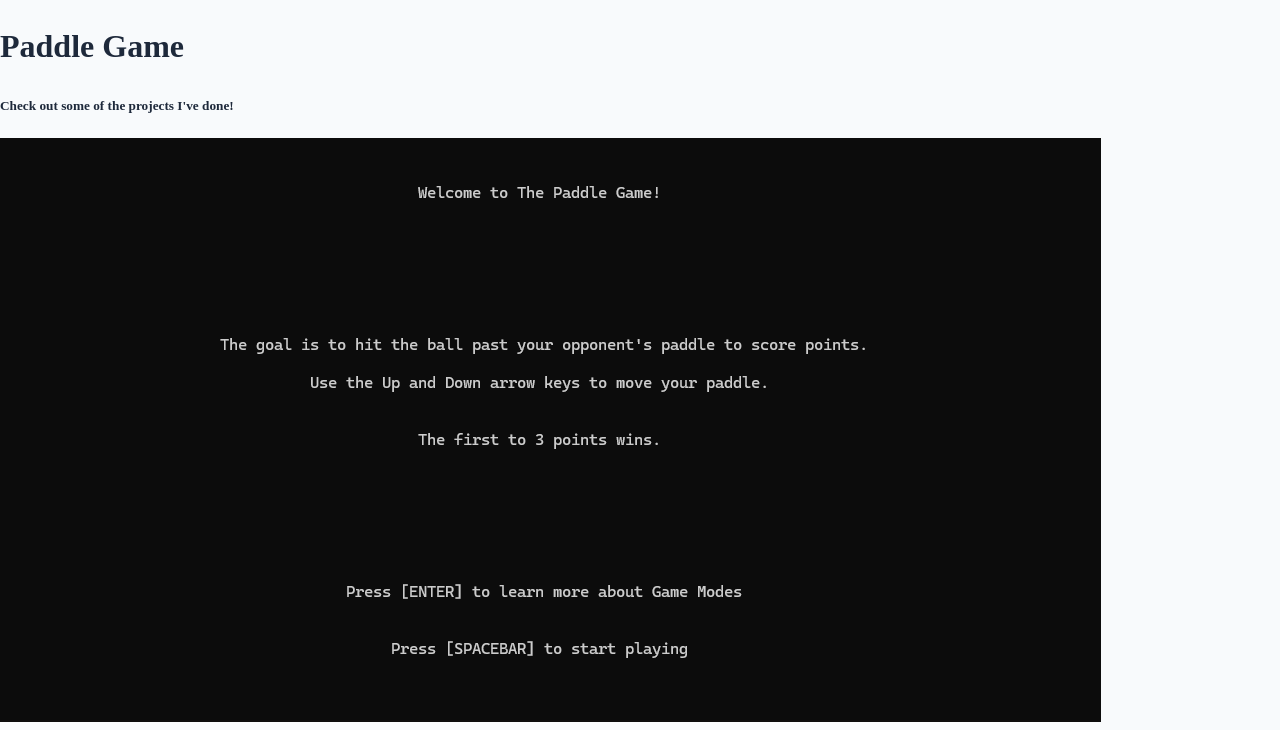
Repository: alison-cunningham/alison-cunningham
Page: pages/paddle-game.html
An editor plug-in stored every save of this project. The page is shown before and after the next save, followed by the edit.
The browser window is 1280 px wide. The pictures show the whole page.
Some web fonts or font styles are not loaded; a fallback is used.

Above is the page before, as saved 2026-05-08 20:39:21.

### pages/paddle-game.html
<!DOCTYPE html>
<html lang="en">
<head>
    <meta charset="UTF-8" />
    <title>Project - Paddle Game</title>
    <meta name="viewport" content="width=device-width, initial-scale=1.0">
    <link rel="stylesheet" href="../styles/globals.css"/>
    <link rel="stylesheet" href="../styles/pages.css">
</head>
<body>
    <header>
        <h1>Paddle Game</h1>
        <h5>Check out some of the projects I've done!</h5>
    </header>


    <img src="../assets/images/paddle-game-screenshot-2.png" alt="Screenshot from Paddle Game gameplay">



</body>

</html>

### styles/globals.css
@font-face{
    font-family: 'Radio-Canada';
    src: url('../assets/fonts/Radio_Canada/RadioCanada-VariableFont_wdth\,wght.ttf')
}



body{
    font-family: 'Radio-Canada';

    background-color: #f8fafc;
    color: #1e293b;

    line-height: 1.6;
    font-size: 1rem;

    margin: 0;
    overflow-x: hidden;
}


a{
    text-decoration: none;
    color: inherit;
}

h3{
    font-size: 1.4rem;
    margin-bottom: 1rem;
    color: #0f172a;
}

### styles/pages.css
.project-header{
    display: grid;
    justify-content: center;
    text-align: center;


}

h1{
    margin-bottom: 0;
}

nav{
    width: 100%;
    background-color: #ffffff;

    border-bottom: .2rem solid #e5e7eb;
    border-top: .2rem solid #e5e7eb;

    display: flex;
    flex-direction: row;
    justify-content: space-evenly;

    align-items: center;

}

nav a{

    flex: 0 0 auto;

    text-decoration: none;
    color: #60a5fa;

    padding: 1rem;
    border-radius: .5rem;

    font-size: 1.1rem;
    font-weight: 600;

    transition:
    background-color 0.3s ease,
    color 0.3s ease,
    transform 0.2s ease;
}

nav a:hover{
    background-color: #34d399;
    color: white;
}


iframe{
    width: 100%;
    min-height: 80vh;
    border: 0;
}

After the next save:
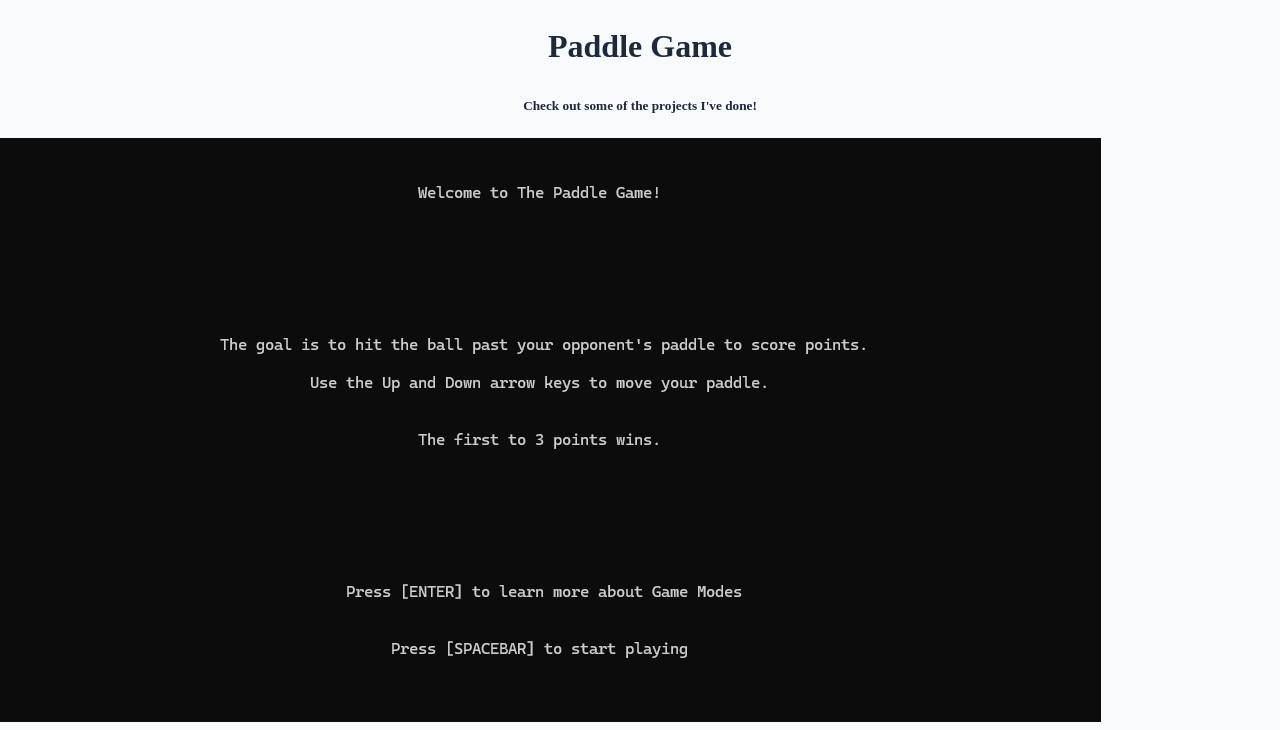
Saved 3 min 40 s later.
--- a/pages/paddle-game.html
+++ b/pages/paddle-game.html
@@ -8,7 +8,7 @@
     <link rel="stylesheet" href="../styles/pages.css">
 </head>
 <body>
-    <header>
+    <header class="project-header">
         <h1>Paddle Game</h1>
         <h5>Check out some of the projects I've done!</h5>
     </header>
